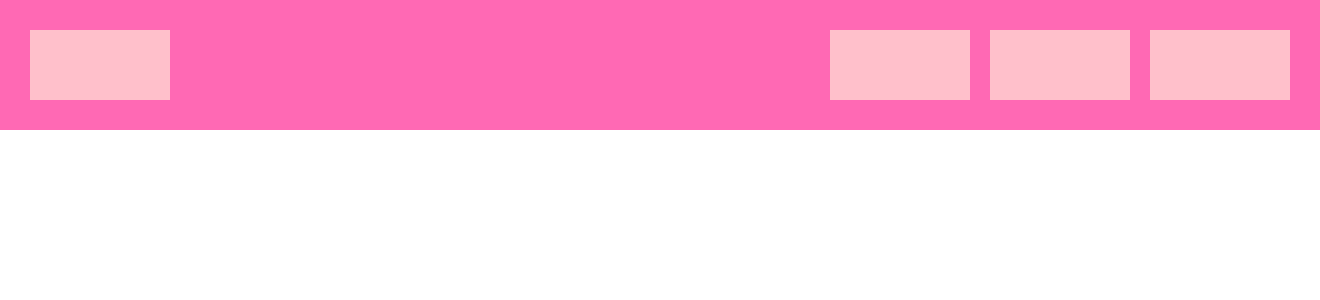
Repository: shizuki-okuma/dmm-webcamp
Page: flex/flex.html
The author's editor kept a record of every edit. The page is drawn from the files as they stood at one moment, then again after the next edit.
The browser window is 1280 px wide. The page is 1320 px wide, so the pictures cover 1320 px, including what lies to the right of the window. The pictures show the whole page.

Above is the page before.

### flex/flex.html
<!DOCTYPE html>
<html lang="ja">
  <head>
    <meta charset="UTF-8" />
    <link rel="stylesheet" href="style.css" />
    <title>flex演習問題</title>
  </head>
  <body>
    <head>
      <div class="heading-flex">
        <div></div>
        <div></div>
        <div></div>
        <div></div>
      </div>
    </head>


    <footer>

    </footer>
  </body>
</html>

### flex/style.css
* {
  margin: 0;
  padding: 0;
}

.heading-flex {
  background-color: hotpink;
  width: 100%;
  padding: 30px 20px;
  display: flex;
  justify-content: flex-end;

}
.heading-flex>div {

  background-color: pink;
  margin: 0 10px;
  height: 70px;
  flex-basis: 140px;
}
.heading-flex> :first-child {
  margin-right: auto;
}
main {
  width: 100%;
  display: flex;
  background-color: #DDDDDD;
}
.sidebar {
  width: 300px;
  background-color: #99FFCC;
}
.main-visual-flex {
  max-width: 700px;
  flex-grow: 1;
  padding: 20px;
  background-color: green;
}
.main-visual-flex>div {
  background-color: yellow;
  margin: 10px;
  flex-basis: 200px;
  height: 130px;

}
.footer-flex {
  background-color: blue;
  width: 100%;
  padding: 20px;
}
.footer-flex>div {
  background-color: aqua;
  margin: 10px;
  height: 40px;
  flex-basis: 40%;
  max-width: 600px;
}

After the next edit:
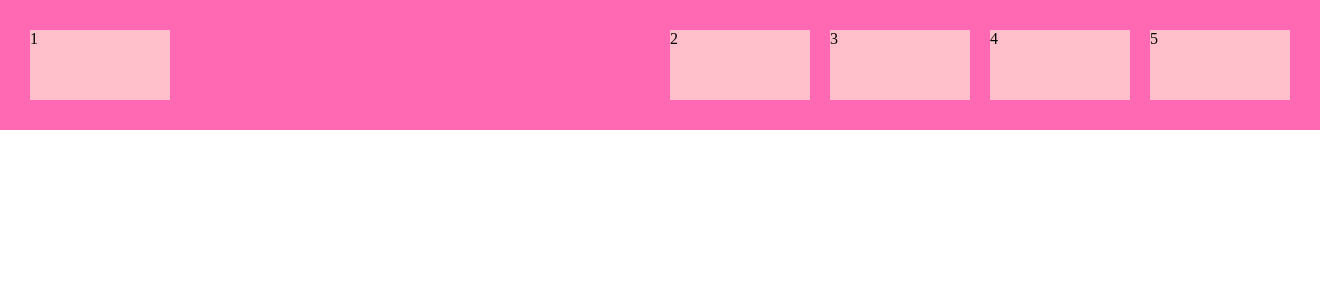
The edit:
--- a/flex/flex.html
+++ b/flex/flex.html
@@ -8,10 +8,11 @@
   <body>
     <head>
       <div class="heading-flex">
-        <div></div>
-        <div></div>
-        <div></div>
-        <div></div>
+        <div>1</div>
+        <div>2</div>
+        <div>3</div>
+        <div>4</div>
+        <div>5</div>
       </div>
     </head>
 
